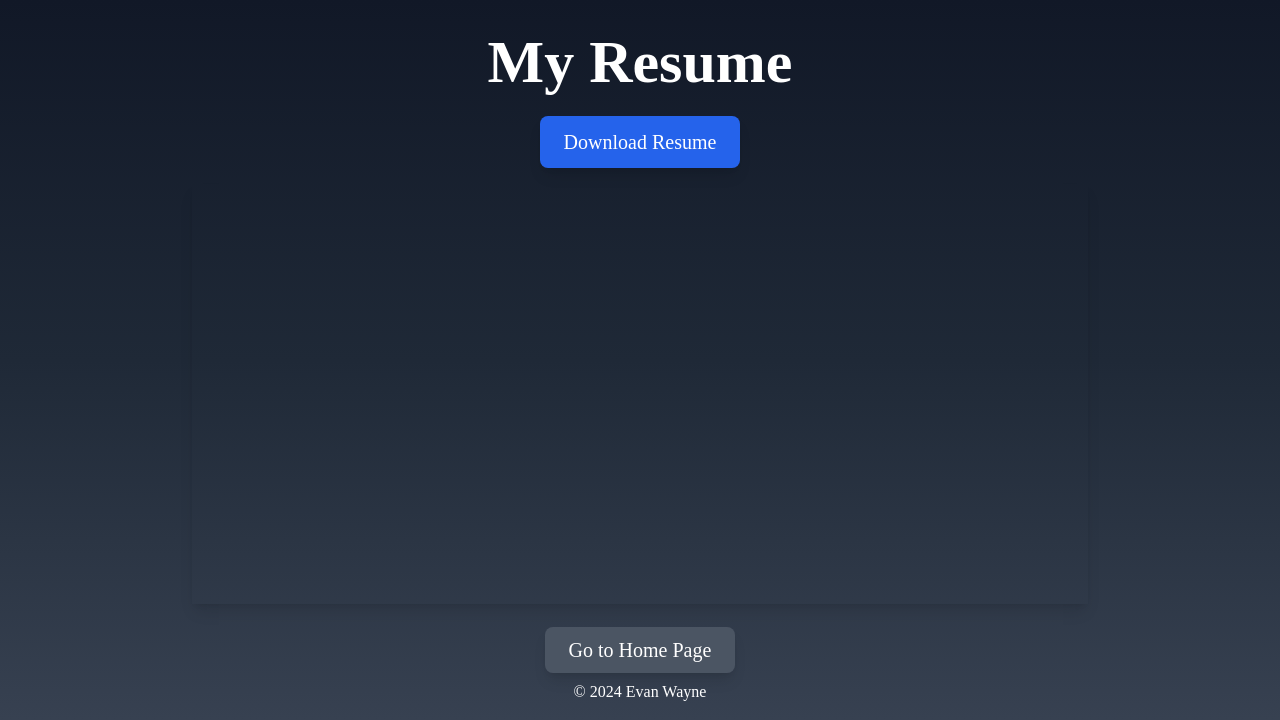
Repository: evnwyn/Evan-Wayne-s-Portfolio
Page: /resume
These files come from the project's save history. The page is drawn as it stood at one moment and after the next save; the edit follows.
The browser window is 1280 px wide. The pictures show the whole page.
The project was rebuilt for these pictures with package versions that can differ from the ones it lists, and the page was loaded fresh each time. The framework's server and built-in components were replaced by stand-ins that run in the browser. Also part of the build but not shown: next.config.js.

Above is the page before, as saved 2024-10-09 21:00:24.

### src/app/layout.tsx
// app/layout.tsx

import '~/styles/globals.css'; // Import your global styles
import { type Metadata } from 'next';
import { ReactNode } from 'react';

export const metadata: Metadata = {
  title: 'Evan Wayne | Portfolio',
  description: 'This is my personal portfolio website',
  icons: [{ rel: 'icon', url: '/favicon.ico' }],
};

export default function RootLayout({ children }: { children: ReactNode }) {
  return (
    <html lang="en">
      <body className="min-h-screen flex flex-col bg-gradient-to-b from-gray-900 via-gray-800 to-gray-700">
        {/* Main content area, flex-grow ensures this stretches to fill the viewport */}
        <main className="flex-grow flex flex-col">{children}</main>
        <footer className="text-center text-white py-4">
          © {new Date().getFullYear()} Evan Wayne
        </footer>
      </body>
    </html>
  );
}

### src/app/resume/page.tsx
// app/resume/page.tsx

import React from 'react';
import Link from 'next/link'; // Import the Link component

export default function Resume() {
  return (
    <div className="flex flex-col items-center justify-center flex-grow w-full">
      <div className="flex flex-col items-center pt-8 pb-4">
        <h1 className="text-6xl font-bold text-white transition-all duration-500 hover:text-gray-300">
          My Resume
        </h1>
        <a
          href="/Evan Wayne's Resume 09:10:2024.pdf" // Ensure this points to the correct file
          download
          className="bg-blue-600 text-white text-xl px-6 py-3 rounded-lg shadow-lg transform hover:bg-blue-700 hover:scale-110 transition-transform duration-500 ease-out hover:shadow-xl mt-6"
        >
          Download Resume
        </a>
      </div>

      <div className="flex-grow flex justify-center items-center w-full">
        <iframe
          src="/Evan Wayne's Resume 09:10:2024.pdf"
          className="w-full h-full max-w-4xl border-0 shadow-lg"
          title="Resume PDF"
        />
      </div>

      {/* Home button without the extra <a> tag */}
      <div className="mt-8">
        <Link href="/" className="bg-gray-600 text-white text-xl px-6 py-3 rounded-lg shadow-lg transform hover:bg-gray-700 hover:scale-110 transition-transform duration-500 ease-out">
          Go to Home Page
        </Link>
      </div>
    </div>
  );
}

### src/styles/globals.css
@tailwind base;
@tailwind components;
@tailwind utilities;

/* Eliminate margin, padding, and overflow issues */
html, body {
  height: 100%;
  margin: 0;
  padding: 0;
  overflow: hidden; /* Hide any potential overflow */
}

/* Make sure the Next.js root div takes up full height */
#__next {
  min-height: 100%;
  display: flex;
  flex-direction: column;
  justify-content: flex-start; /* Ensure content starts from the top */
}

/* Ensure main content stretches to fill the remaining space */
main {
  flex-grow: 1;
  display: flex;
  flex-direction: column;
}

/* Reset margins and paddings */
* {
  margin: 0;
  padding: 0;
  box-sizing: border-box;
}

Loaded but not shown: tailwind.config.ts (common file)

After the next save:
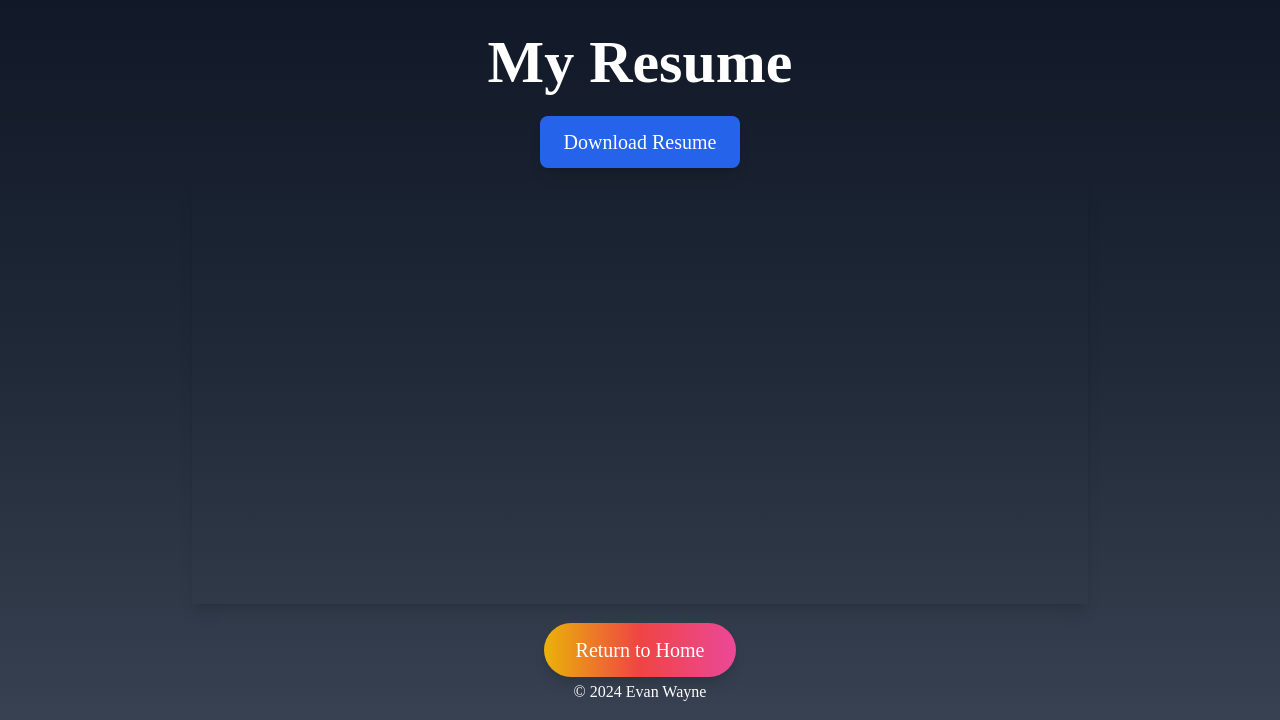
Saved 57 s later.
--- a/src/app/resume/page.tsx
+++ b/src/app/resume/page.tsx
@@ -27,10 +27,10 @@
         />
       </div>
 
-      {/* Home button without the extra <a> tag */}
+      {/* Stand-out Home button */}
       <div className="mt-8">
-        <Link href="/" className="bg-gray-600 text-white text-xl px-6 py-3 rounded-lg shadow-lg transform hover:bg-gray-700 hover:scale-110 transition-transform duration-500 ease-out">
-          Go to Home Page
+        <Link href="/" className="bg-gradient-to-r from-yellow-500 via-red-500 to-pink-500 text-white text-xl px-8 py-4 rounded-full shadow-lg transform hover:scale-110 transition-transform duration-500 ease-out hover:shadow-2xl">
+          Return to Home
         </Link>
       </div>
     </div>

After the save that followed:
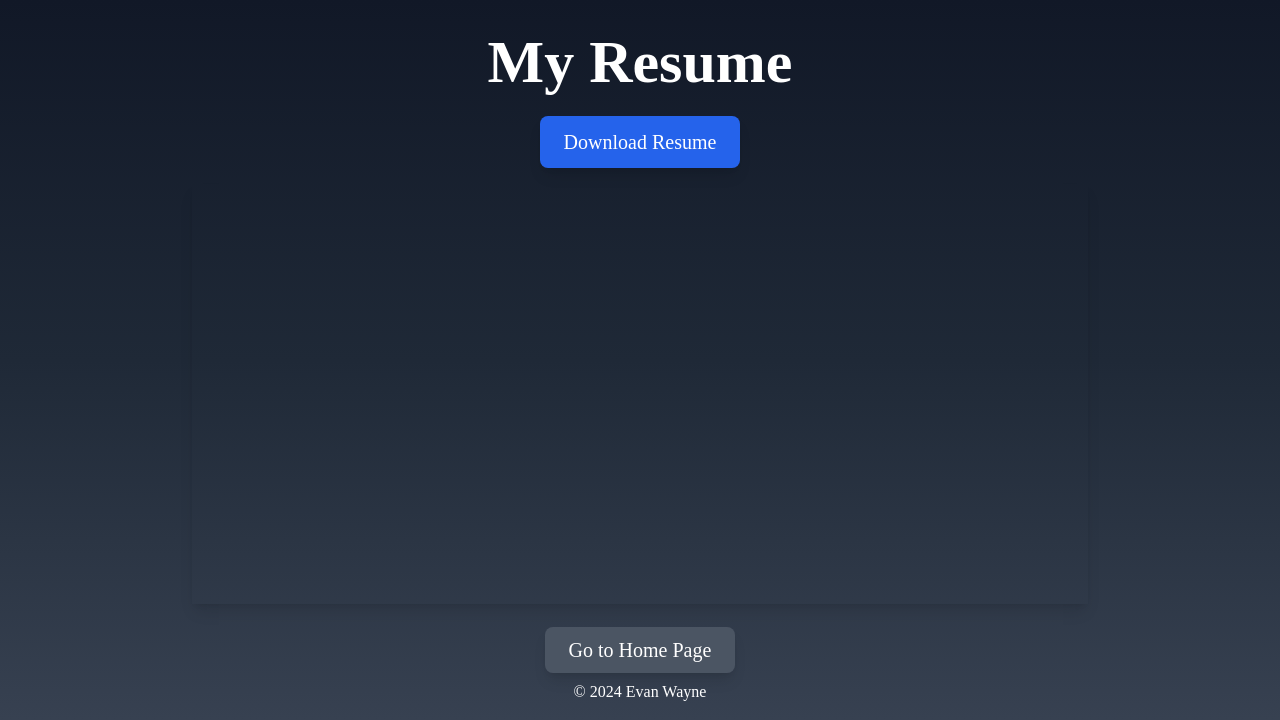
Saved 4 s later.
--- a/src/app/resume/page.tsx
+++ b/src/app/resume/page.tsx
@@ -27,10 +27,10 @@
         />
       </div>
 
-      {/* Stand-out Home button */}
+      {/* Home button without the extra <a> tag */}
       <div className="mt-8">
-        <Link href="/" className="bg-gradient-to-r from-yellow-500 via-red-500 to-pink-500 text-white text-xl px-8 py-4 rounded-full shadow-lg transform hover:scale-110 transition-transform duration-500 ease-out hover:shadow-2xl">
-          Return to Home
+        <Link href="/" className="bg-gray-600 text-white text-xl px-6 py-3 rounded-lg shadow-lg transform hover:bg-gray-700 hover:scale-110 transition-transform duration-500 ease-out">
+          Go to Home Page
         </Link>
       </div>
     </div>
